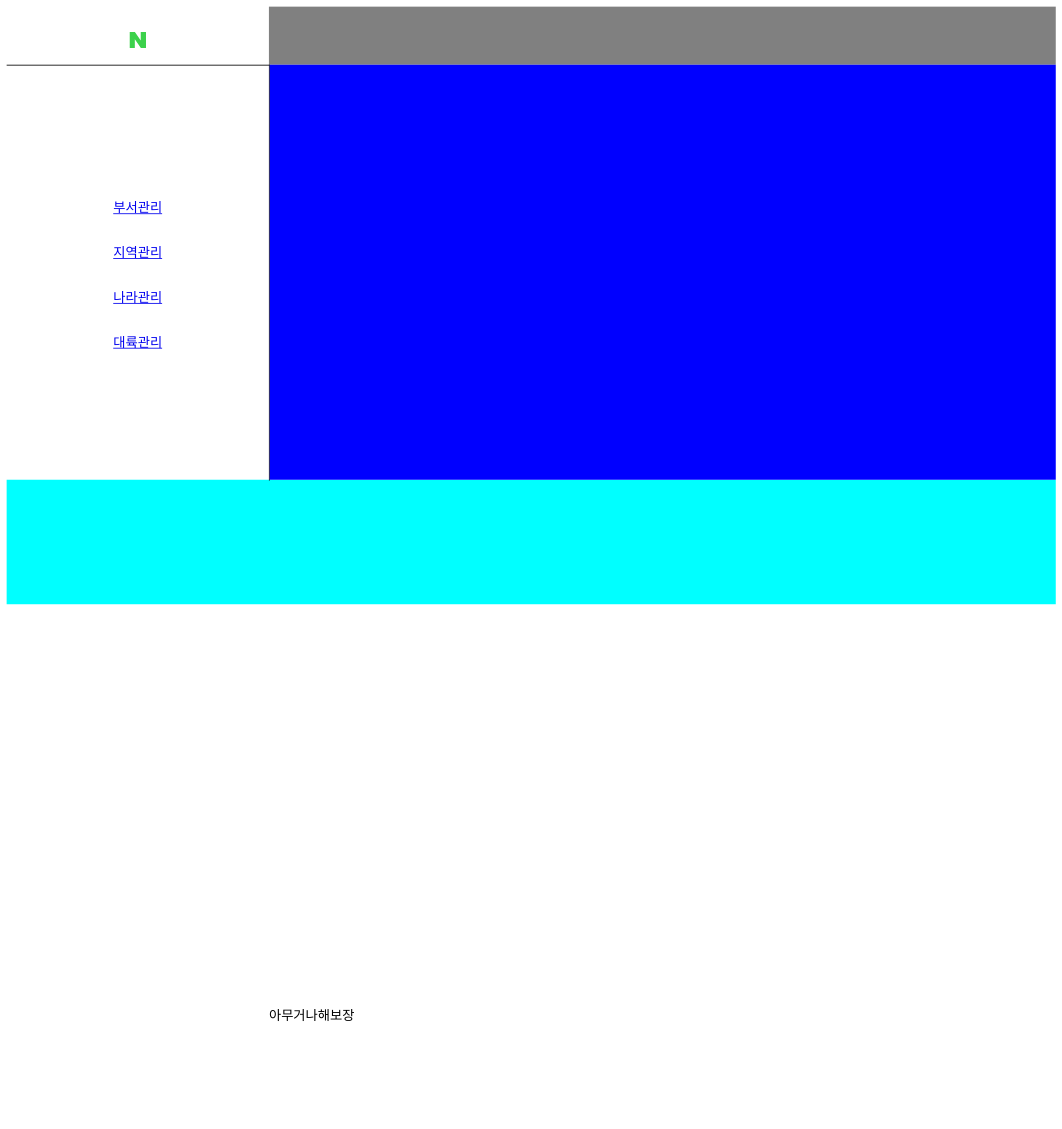
Repository: mireu930/Serverlet_App
Page: src/build/classes/webapp/template/layout.html
An editor plug-in stored every save of this project. The page is shown before and after the next save, followed by the edit.
The browser window is 1280 px wide. The pictures show the whole page, at 83% of full size.

Above is the page before, as saved 2025-02-07 12:17:10.

After the next save:
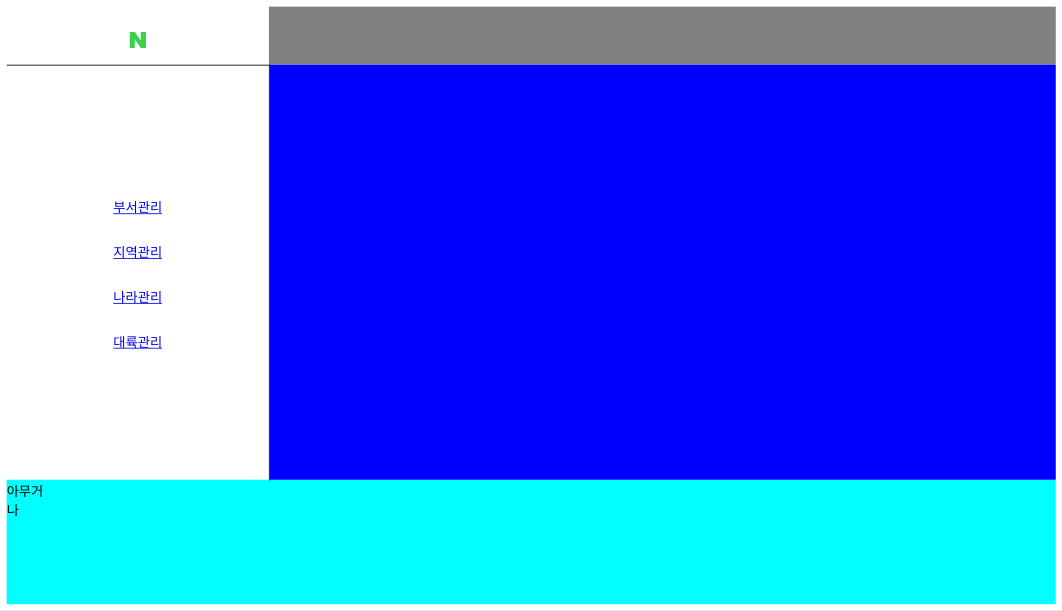
Saved 104 s later.
--- a/src/build/classes/webapp/template/layout.html
+++ b/src/build/classes/webapp/template/layout.html
@@ -78,7 +78,7 @@
 }
 
 .footer_right {
-  margin: 50% 0;
+  height: 150px;
 }
   </style>
 </head>
@@ -105,11 +105,12 @@
     </div>
   </section>
   <footer class = "wrap_left">
+    아무거나
     <div class = "left footer_left">
 
     </div>
     <div class = "right footer_right">
-      아무거나해보장
+
     </div>
   </footer>
 
